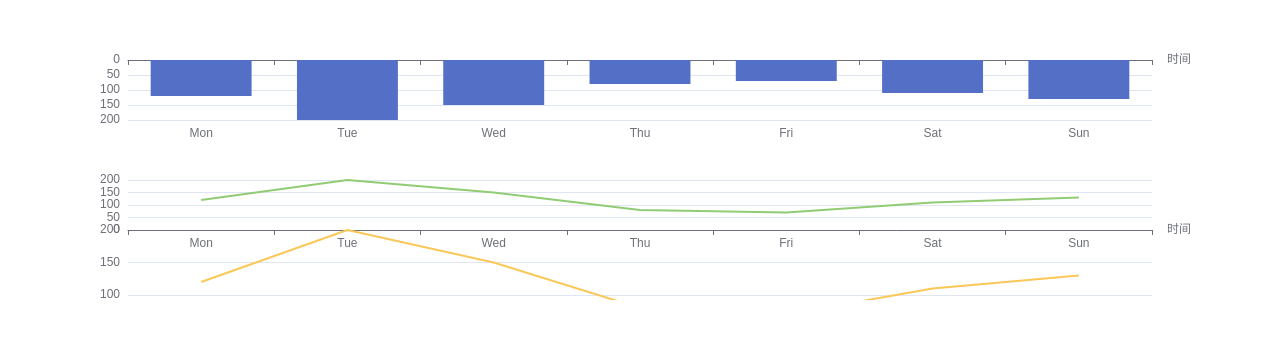
Repository: LeP-Ton/curve
Page: /
An editor plug-in stored every save of this project. The page is shown before and after the next save, followed by the edit.
The browser window is 1280 px wide. The pictures show the whole page.
The project was rebuilt for these pictures with package versions that can differ from the ones it lists, and the page was loaded fresh each time.

Above is the page before, as saved 2022-08-18 20:15:35.

### src/index.js
import React from "react";
import ReactDOM from "react-dom/client";
import "./index.css";
import Echart from "./Echart";
import reportWebVitals from "./reportWebVitals";

const root = ReactDOM.createRoot(document.getElementById("root"));
const option = {
  tooltip: {
    trigger: "axis",
    // formatter:function(params){
    //   console.log("---",params[0]);
    //   return(`${params[0].axisId}:${params[0].axisValue} ${params[0].seriesName}:${params[0].value}`)
    // }
  },
  xAxis: [
    {
      name: "时间",
      type: "category",
      data: ["Mon", "Tue", "Wed", "Thu", "Fri", "Sat", "Sun"],
    },
    {
      name: "时间",
      type: "category",
      data: ["Mon", "Tue", "Wed", "Thu", "Fri", "Sat", "Sun"],
      gridIndex: 1
    },
    {
      name: "时间",
      type: "category",
      data: ["Mon", "Tue", "Wed", "Thu", "Fri", "Sat", "Sun"],
      gridIndex: 2
    },
  ],
  yAxis: [
    {
      type: "value",
      inverse: true,
    },
    {
      gridIndex: 1
    },
    {
      gridIndex: 2
    }

  ],
  grid: [
    {
      bottom: '60%'
    },
    {
      top: '60%'
    },
    {
      top: '120%'
    }
  ],
  series: [
    {
      name: "温度",
      data: [120, 200, 150, 80, 70, 110, 130],
      type: "bar",
    },
    {
      name: "宽度",
      type: "line",
      showSymbol: false,
      data: [120, 200, 150, 80, 70, 110, 130],
      xAxisIndex: 1,
      yAxisIndex: 1,
    },
    {
      name: "长度",
      type: "line",
      showSymbol: false,
      data: [120, 200, 150, 80, 70, 110, 130],
      xAxisIndex: 2,
      yAxisIndex: 2,
    }
  ],
};
root.render(
  <React.StrictMode>
    <Echart options={option} style={{ height: "300px" }} />
  </React.StrictMode>
);

// If you want to start measuring performance in your app, pass a function
// to log results (for example: reportWebVitals(console.log))
// or send to an analytics endpoint. Learn more: https://bit.ly/CRA-vitals
reportWebVitals();

### src/Echart.js
import React, {
  useEffect,
  useRef,
  useState
} from 'react';
import * as echarts from 'echarts';

const Echart = props => {
  const { options, style } = props;
  const chartRef = useRef();
  const [myChart, setMyChart] = useState(null);

  const resizeEcharts = () => {
    myChart.resize();
  };

  useEffect(() => {
    setMyChart(echarts.init(chartRef.current));
  }, []);

  useEffect(() => {
    if (myChart) {
      window.addEventListener('resize', resizeEcharts);
      return () => {
        window.removeEventListener('resize', resizeEcharts);
        myChart.dispose();
        setMyChart(null);
      };
    }
  }, [myChart]);

  useEffect(() => {
    myChart && myChart.setOption(options);
  }, [myChart, options]);

  return <div ref={chartRef} className="default-charts" style={style} />;
};

export default Echart;

Loaded but not shown: public/index.html (common file); src/index.css (common file); src/reportWebVitals.js (common file)

After the next save:
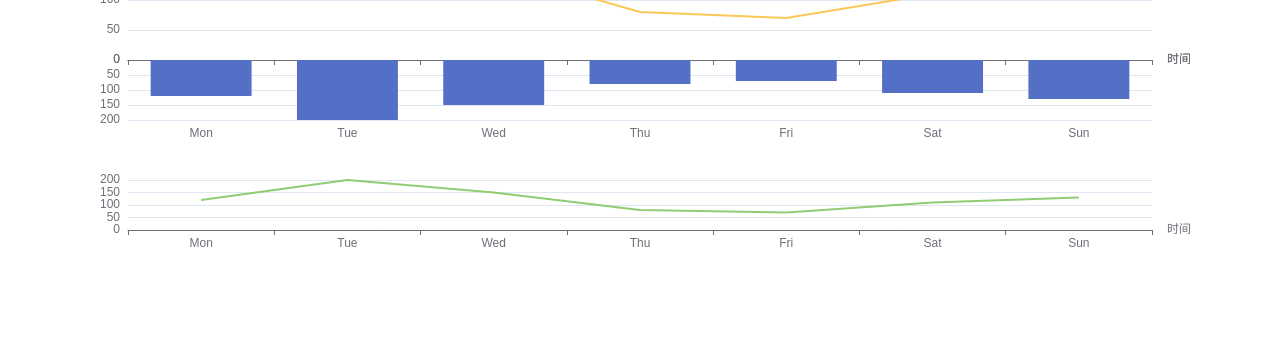
Saved 15 s later.
--- a/src/index.js
+++ b/src/index.js
@@ -53,7 +53,7 @@ const option = {
       top: '60%'
     },
     {
-      top: '120%'
+      bottom: '120%'
     }
   ],
   series: [
